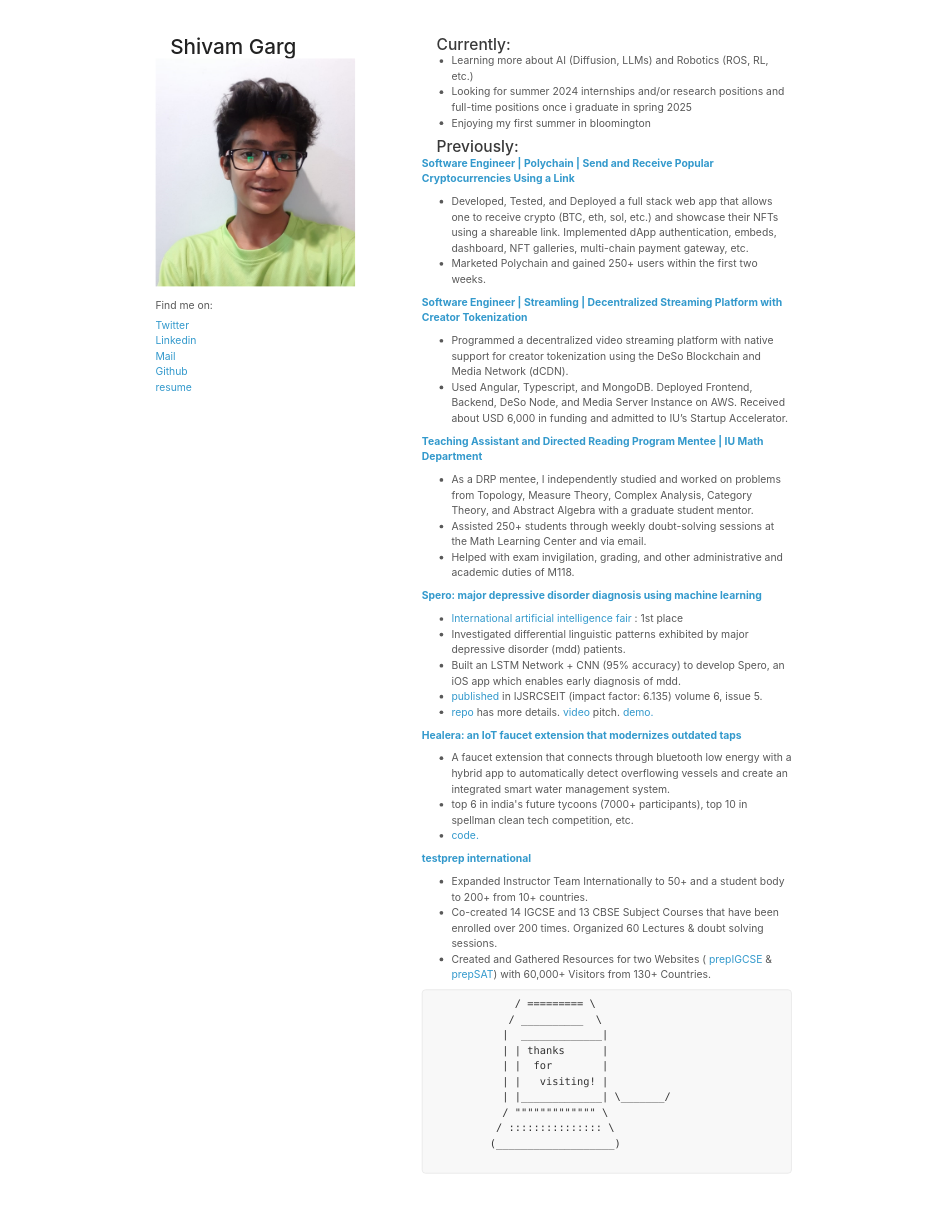
Repository: 22shivam/22shivam.github.io
Page: index.html
These files come from the project's save history. The page is drawn as it stood at one moment and after the next save; the edit follows.
The browser window is 1280 px wide. The pictures show the whole page, at 74% of full size.

Above is the page before, as saved 2024-06-17 19:21:11.

### index.html
<!doctype html>
<html>

<head>
  <meta charset="utf-8">
  <meta http-equiv="X-UA-Compatible" content="chrome=1">
  <title>Shivam Garg</title>

  <link rel="apple-touch-icon" sizes="180x180" href="assets/favicon/apple-touch-icon.png">
  <link rel="icon" type="image/png" sizes="32x32" href="assets/favicon/favicon-32x32.png">
  <link rel="icon" type="image/png" sizes="16x16" href="assets/favicon/favicon-16x16.png">
  <link rel="manifest" href="assets/favicon/site.webmanifest">
  <title>Shivam Garg</title>
  <meta charset="utf-8">
  <meta name="description" content="hi i am shivam! i love making and learning about new things">
  <meta name="keywords" content="Shivam Garg, Shivam, Personal Website, smgarg, Shivam Manish Garg">
  <link rel="author" href="https://plus.google.com/{{googlePlusId}}" />
  <!-- TODO: fix link below -->
  <link rel="canonical" href="/" />
  <meta name="author" content="Shivam Garg">


  <link rel="stylesheet" href="css/styles.css">
  <link rel="stylesheet" href="css/pygment_trac.css">
  <meta name="viewport" content="width=device-width">
  <!--[if lt IE 9]>
    <script src="//html5shiv.googlecode.com/svn/trunk/html5.js"></script>
    <![endif]-->
</head>

<body>
  <div class="wrapper">
    <header>
      <h1>Shivam Garg</h1>
      <img src="assets/publicPhoto.jpeg" alt="Shivam Garg" height="" width="">
      <p style="margin-bottom: 5px; margin-top: 10px;">Find me on:</p>
      <div class="view"><a href="https://twitter.com/smgarg_/" target="_blank">Twitter</a></div>
      <div class="view"><a href="https://www.linkedin.com/in/shivammgarg" target="_blank">Linkedin</a></div>
      <div class="view"><a href="mailto:shivamg2604@gmail.com" target="_blank">Mail</a></div>
      <div class="view"><a href="https://github.com/22shivam/" target="_blank">Github</a></div>
      <div class="view"><a href="/resume.pdf" target="_blank">resume</a></div>

    </header>
    <section>
      <h2>Currently:</h2>

      <ul>
        <li>Learning more about AI (Diffusion, LLMs) and Robotics (ROS, RL, etc.)</li>
        <li>Looking for summer 2024 internships and/or research positions and full-time positions once i graduate in
          spring 2025</li>
        <li>Enjoying my first summer in bloomington</li>
      </ul>


      <h2>Previously:</h2>

      <p><a href="#"><b>Software Engineer | Polychain | Send and Receive Popular Cryptocurrencies Using a Link</b></a>
      </p>
      <ul>
        <li> Developed, Tested, and Deployed a full stack web app that allows one to receive crypto (BTC, eth, sol,
          etc.) and
          showcase their NFTs using a shareable link. Implemented dApp authentication, embeds, dashboard, NFT galleries,
          multi-chain payment gateway, etc. </li>
        <li>Marketed Polychain and gained 250+ users within the first two weeks.</li>
      </ul>

      <p><a href="#"><b>Software Engineer | Streamling | Decentralized Streaming Platform with Creator
            Tokenization</b></a></p>
      <ul>
        <li>Programmed a decentralized video streaming platform with native support for creator tokenization using the
          DeSo
          Blockchain and Media Network (dCDN). </li>
        <li>Used Angular, Typescript, and MongoDB. Deployed Frontend, Backend, DeSo Node, and Media Server Instance on
          AWS. Received about USD 6,000 in funding and admitted to IU’s Startup Accelerator.</li>
      </ul>

      <p><a href="#"><b>Teaching Assistant and Directed Reading Program Mentee | IU Math Department</b></a></p>
      <ul>
        <li>As a DRP mentee, I independently studied and worked on problems from Topology, Measure Theory, Complex
          Analysis, Category Theory, and Abstract Algebra with a graduate student mentor. </li>
        <li>Assisted 250+ students through weekly doubt-solving sessions at the Math Learning Center and via email.</li>
        <li>Helped with exam invigilation, grading, and other administrative and academic duties of M118.</li>
      </ul>

      <p><a href="#"><b>Spero: major depressive disorder diagnosis using machine learning</b></a></p>
      <ul>
        <li><a href="https://www.facebook.com/watch/?v=3315503535234343" target="_blanket">International artificial
            intelligence fair </a>: 1st place</li>
        <li> Investigated differential linguistic patterns exhibited by major depressive disorder (mdd) patients. </li>
        <li> Built an LSTM Network + CNN (95% accuracy) to develop Spero, an iOS app which enables early diagnosis of
          mdd. </li>
        <li> <a href="https://drive.google.com/file/d/13emORumQpy178YOz-o1TLWc3oEMG_0Zk/view?usp=sharing"
            target="_blank">published</a> in IJSRCSEIT (impact factor: 6.135) volume 6, issue 5. </li>
        <li><a href="https://github.com/yumibyte/DepressionAnalysisApp" target="_blank">repo</a> has more details. <a
            href="https://youtu.be/BRpB7O93rG8" target="_blank">video </a>pitch. <a
            href="https://drive.google.com/file/d/1xZBEsI2Kvl0hXr1HkGOkEOxA6GYMHvkU/view?usp=sharing"
            target="_blank">demo.</a></li>
      </ul>

      <p><a href="#"><b>Healera: an IoT faucet extension that modernizes outdated taps</b></a></p>
      <ul>
        <li> A faucet extension that connects through bluetooth low energy with a hybrid app to automatically detect
          overflowing vessels and create an integrated smart water management system. </li>
        <li>top 6 in india's future tycoons (7000+ participants), top 10 in spellman clean tech competition, etc.</li>
        <li><a href="https://create.arduino.cc/editor/shivam26/1d686c51-6e04-4531-b3fc-80d3e8be87ea/preview"
            target="_blank">code.</a> </li>
      </ul>

      <p><a href="https://testprepintl.wixsite.com/testprep" target="_blank"><b>testprep international</b></a></p>
      <ul>
        <li>Expanded Instructor Team Internationally to 50+ and a student body to 200+ from 10+ countries.</li>
        <li>Co-created 14 IGCSE and 13 CBSE Subject Courses that have been enrolled over 200 times. Organized 60
          Lectures & doubt solving sessions. </li>
        <li>Created and Gathered Resources for two Websites ( <a href="https://igcse.school.blog/"
            target="_blank">prepIGCSE</a> & <a href="https://prepsatinfo.wordpress.com/" target="_blank">prepSAT</a>)
          with 60,000+ Visitors from 130+ Countries. </li>
      </ul>

      <!-- <p><a href="https://covidhope.litcot.org/" target="_blank"><b>the covidhope initiative</b></a></p>
      <ul>
        <li>recruited 17 editors and designers for the 216-page anthology and oversaw internal operations.</li>
        <li>released anthology in several online stores.</li>
        <li>recognised by <a
            href="https://www.unmgcy.org/youth-initiatives/2020/9/9/the-covidhope-initiative?fbclid=IwAR1hHeQ0HqLZF7lZqmeBwSabEhB1bpDe8zFZsVwr8dct0wwqOb93iT0AzrM"
            target="_blank">united nations major group for children and youth</a> and WHO's weekly operational update on
          covid-19 (<a
            href="https://www.who.int/publications/m/item/weekly-operational-update-on-covid-19---24-may-2021"
            target="_blank">issue 56</a>, page 7).</li>
      </ul> -->

      <!-- <p><a href="#"><b>this is actually a title placeholder</b></a></p>
        <ul>
            <li>bullet <b>1</b></li>
            <li>bullet 2</li>
            <li>bullet 3</li>
        </ul> -->

      <!-- <h1>essays:</h1>
      &#10024; fun stuff coming soon &#10024;
      <br>
      <br>

      <h1>reading list</h1>
      <ul>
        <li>the psychology of money by morgan housel </li>
        <li>the almanack of naval ravikant by eric jorgenson</li>
      </ul> -->

      <!-- <h1>random:</h1>
          <ul>
            <li>random 1:</li>
            <li>random 2:</li>
            <li>random 3:</li>
          </ul>

          <h1>features:</h1>
          <ul>
            <li>feature 1:</li>
            <li>feature 2:</li>
            <li>feature 3:</li>
          </ul>

          <h1>gallery:</h1>
          <ul>
            <li>feature 1:</li>
            <li>feature 2:</li>
            <li>feature 3:</li>
          </ul> -->




      <pre>
             / ========= \
            / __________  \
           |  _____________|
           | | thanks      |
           | |  for        |
           | |   visiting! |
           | |_____________| \_______/
           / """"""""""""" \
          / ::::::::::::::: \
         (___________________)
        </pre>
    </section>
    <footer>
      <!-- <p><small>Last Updated: August 21, 2021</small></p> -->
    </footer>
  </div>
  <script src="js/scale.fix.js"></script>
</body>

</html>

### css/styles.css
body {
  background-color: #fff;
  padding:40px;
  font: 14px/1.5 -apple-system, BlinkMacSystemFont, "Segoe UI", Roboto, Oxygen, Ubuntu, Cantarell, "Fira Sans", "Droid Sans", "Helvetica Neue", Arial, sans-serif, "Apple Color Emoji", "Segoe UI Emoji", "Segoe UI Symbol";
  color:#595959;
  font-weight:400;
}

h1, h2, h3, h4, h5, h6 {
  color:#222;
  margin:0 20px;
}

p, ul, ol, table, pre, dl {
  margin:0 0 10px;
}

h1, h2, h3 {
  line-height:1.1;
}

h1 {
  font-size:28px;
  font-weight: 500;
}

h2 {
  color:#393939;
  font-weight: 500;
}

h3, h4, h5, h6 {
  color:#494949;
  font-weight: 500;
}

a {
  color:#39c;
  text-decoration:none;
}

a:hover {
  color:#069;
}

a small {
  font-size:11px;
  color:#777;
  margin-top:-0.3em;
  display:block;
}

a:hover small {
  color:#777;
}

.wrapper {
  width:860px;
  margin:0 auto;
}

blockquote {
  border-left:1px solid #e5e5e5;
  margin:0;
  padding:0 0 0 20px;
  font-style:italic;
}

code, pre {
  font-family:Monaco, Bitstream Vera Sans Mono, Lucida Console, Terminal, Consolas, Liberation Mono, DejaVu Sans Mono, Courier New, monospace;
  color:#333;
}

pre {
  padding:8px 15px;
  background: #f8f8f8;
  border-radius:5px;
  border:1px solid #e5e5e5;
  overflow-x: auto;
}

table {
  width:100%;
  border-collapse:collapse;
}

th, td {
  text-align:left;
  padding:5px 10px;
  border-bottom:1px solid #e5e5e5;
}

dt {
  color:#444;
  font-weight:500;
}

th {
  color:#444;
}

img {
  max-width:100%;
}

header {
  width:270px;
  float:left;
  position:fixed;
  -webkit-font-smoothing:subpixel-antialiased;
}

header ul {
  list-style:none;
  height:40px;
  padding:0;
  background: #f4f4f4;
  border-radius:5px;
  border:1px solid #e0e0e0;
  width:270px;
}

header li {
  width:89px;
  float:left;
  border-right:1px solid #e0e0e0;
  height:40px;
}

header li:first-child a {
  border-radius:5px 0 0 5px;
}

header li:last-child a {
  border-radius:0 5px 5px 0;
}

header ul a {
  line-height:1;
  font-size:11px;
  color:#999;
  display:block;
  text-align:center;
  padding-top:6px;
  height:34px;
}

header ul a:hover {
  color:#999;
}

header ul a:active {
  background-color:#f0f0f0;
}

strong {
  color:#222;
  font-weight:500;
}

header ul li + li + li {
  border-right:none;
  width:89px;
}

header ul a strong {
  font-size:14px;
  display:block;
  color:#222;
}

section {
  width:500px;
  float:right;
  padding-bottom:50px;
}

small {
  font-size:11px;
}

hr {
  border:0;
  background:#e5e5e5;
  height:1px;
  margin:0 0 20px;
}

footer {
  width:270px;
  float:left;
  position:fixed;
  bottom:50px;
  -webkit-font-smoothing:subpixel-antialiased;
}

@media print, screen and (max-width: 960px) {

  div.wrapper {
    width:auto;
    margin:0;
  }

  header, section, footer {
    float:none;
    position:static;
    width:auto;
  }

  header {
    padding-right:320px;
  }

  section {
    border:1px solid #e5e5e5;
    border-width:1px 0;
    padding:20px 0;
    margin:0 0 20px;
  }

  header a small {
    display:inline;
  }

  header ul {
    position:absolute;
    right:50px;
    top:52px;
  }
}

@media print, screen and (max-width: 720px) {
  body {
    word-wrap:break-word;
  }

  header {
    padding:0;
  }

  header ul, header p.view {
    position:static;
  }

  pre, code {
    word-wrap:normal;
  }
}

@media print, screen and (max-width: 480px) {
  body {
    padding:15px;
  }

  header ul {
    width:99%;
  }

  header li, header ul li + li + li {
    width:33%;
  }
}

@media print {
  body {
    padding:0.4in;
    font-size:12pt;
    color:#444;
  }
}

### css/pygment_trac.css
.highlight  { background: #ffffff; }
.highlight .c { color: #999988; font-style: italic } /* Comment */
.highlight .err { color: #a61717; background-color: #e3d2d2 } /* Error */
.highlight .k { font-weight: bold } /* Keyword */
.highlight .o { font-weight: bold } /* Operator */
.highlight .cm { color: #999988; font-style: italic } /* Comment.Multiline */
.highlight .cp { color: #999999; font-weight: bold } /* Comment.Preproc */
.highlight .c1 { color: #999988; font-style: italic } /* Comment.Single */
.highlight .cs { color: #999999; font-weight: bold; font-style: italic } /* Comment.Special */
.highlight .gd { color: #000000; background-color: #ffdddd } /* Generic.Deleted */
.highlight .gd .x { color: #000000; background-color: #ffaaaa } /* Generic.Deleted.Specific */
.highlight .ge { font-style: italic } /* Generic.Emph */
.highlight .gr { color: #aa0000 } /* Generic.Error */
.highlight .gh { color: #999999 } /* Generic.Heading */
.highlight .gi { color: #000000; background-color: #ddffdd } /* Generic.Inserted */
.highlight .gi .x { color: #000000; background-color: #aaffaa } /* Generic.Inserted.Specific */
.highlight .go { color: #888888 } /* Generic.Output */
.highlight .gp { color: #555555 } /* Generic.Prompt */
.highlight .gs { font-weight: bold } /* Generic.Strong */
.highlight .gu { color: #800080; font-weight: bold; } /* Generic.Subheading */
.highlight .gt { color: #aa0000 } /* Generic.Traceback */
.highlight .kc { font-weight: bold } /* Keyword.Constant */
.highlight .kd { font-weight: bold } /* Keyword.Declaration */
.highlight .kn { font-weight: bold } /* Keyword.Namespace */
.highlight .kp { font-weight: bold } /* Keyword.Pseudo */
.highlight .kr { font-weight: bold } /* Keyword.Reserved */
.highlight .kt { color: #445588; font-weight: bold } /* Keyword.Type */
.highlight .m { color: #009999 } /* Literal.Number */
.highlight .s { color: #d14 } /* Literal.String */
.highlight .na { color: #008080 } /* Name.Attribute */
.highlight .nb { color: #0086B3 } /* Name.Builtin */
.highlight .nc { color: #445588; font-weight: bold } /* Name.Class */
.highlight .no { color: #008080 } /* Name.Constant */
.highlight .ni { color: #800080 } /* Name.Entity */
.highlight .ne { color: #990000; font-weight: bold } /* Name.Exception */
.highlight .nf { color: #990000; font-weight: bold } /* Name.Function */
.highlight .nn { color: #555555 } /* Name.Namespace */
.highlight .nt { color: #000080 } /* Name.Tag */
.highlight .nv { color: #008080 } /* Name.Variable */
.highlight .ow { font-weight: bold } /* Operator.Word */
.highlight .w { color: #bbbbbb } /* Text.Whitespace */
.highlight .mf { color: #009999 } /* Literal.Number.Float */
.highlight .mh { color: #009999 } /* Literal.Number.Hex */
.highlight .mi { color: #009999 } /* Literal.Number.Integer */
.highlight .mo { color: #009999 } /* Literal.Number.Oct */
.highlight .sb { color: #d14 } /* Literal.String.Backtick */
.highlight .sc { color: #d14 } /* Literal.String.Char */
.highlight .sd { color: #d14 } /* Literal.String.Doc */
.highlight .s2 { color: #d14 } /* Literal.String.Double */
.highlight .se { color: #d14 } /* Literal.String.Escape */
.highlight .sh { color: #d14 } /* Literal.String.Heredoc */
.highlight .si { color: #d14 } /* Literal.String.Interpol */
.highlight .sx { color: #d14 } /* Literal.String.Other */
.highlight .sr { color: #009926 } /* Literal.String.Regex */
.highlight .s1 { color: #d14 } /* Literal.String.Single */
.highlight .ss { color: #990073 } /* Literal.String.Symbol */
.highlight .bp { color: #999999 } /* Name.Builtin.Pseudo */
.highlight .vc { color: #008080 } /* Name.Variable.Class */
.highlight .vg { color: #008080 } /* Name.Variable.Global */
.highlight .vi { color: #008080 } /* Name.Variable.Instance */
.highlight .il { color: #009999 } /* Literal.Number.Integer.Long */

.type-csharp .highlight .k { color: #0000FF }
.type-csharp .highlight .kt { color: #0000FF }
.type-csharp .highlight .nf { color: #000000; font-weight: normal }
.type-csharp .highlight .nc { color: #2B91AF }
.type-csharp .highlight .nn { color: #000000 }
.type-csharp .highlight .s { color: #A31515 }
.type-csharp .highlight .sc { color: #A31515 }

Loaded but not shown: js/scale.fix.js (common file)

After the next save:
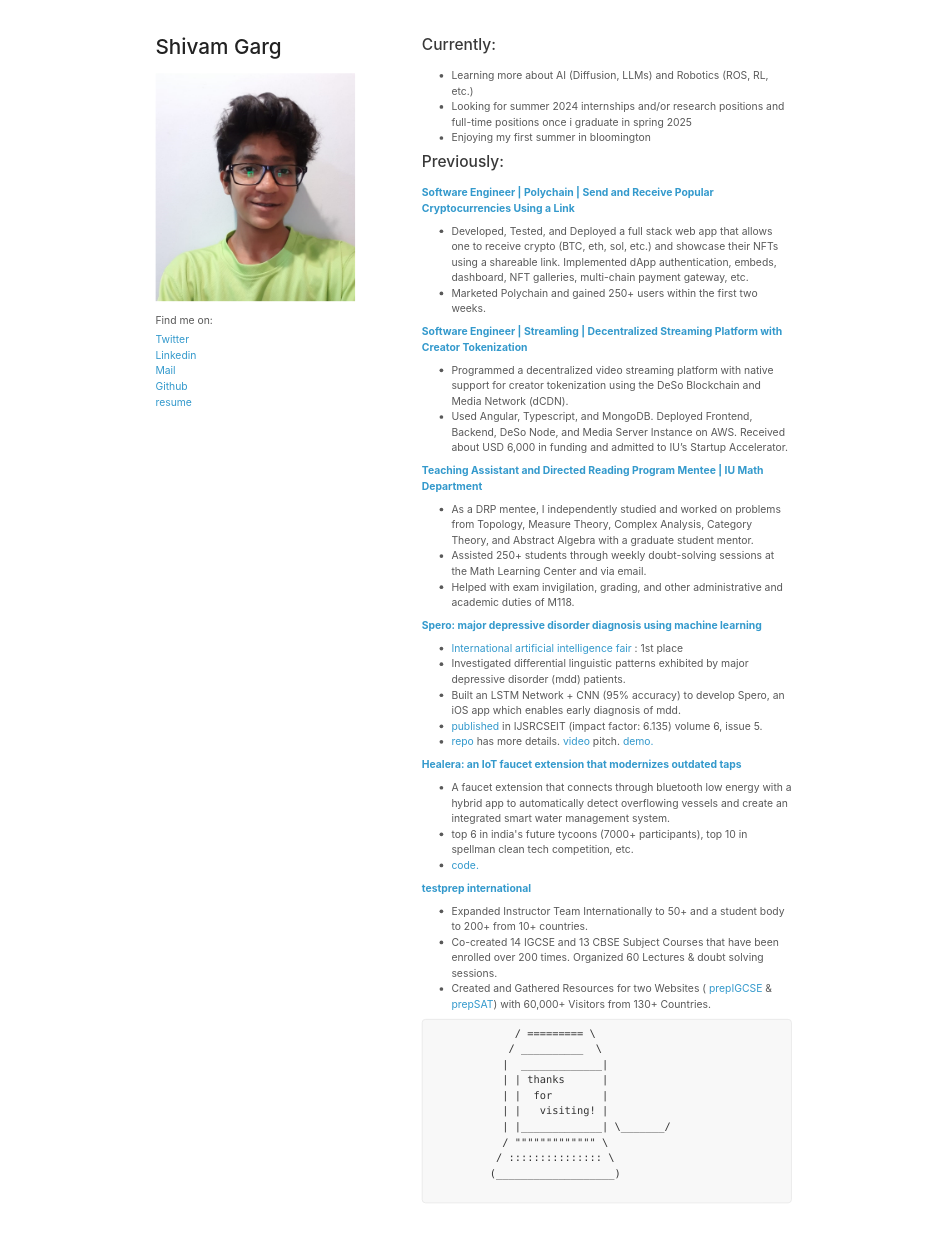
Saved 7 s later.
--- a/css/styles.css
+++ b/css/styles.css
@@ -8,7 +8,7 @@ body {
 
 h1, h2, h3, h4, h5, h6 {
   color:#222;
-  margin:0 20px;
+  margin:0 0 20px;
 }
 
 p, ul, ol, table, pre, dl {
